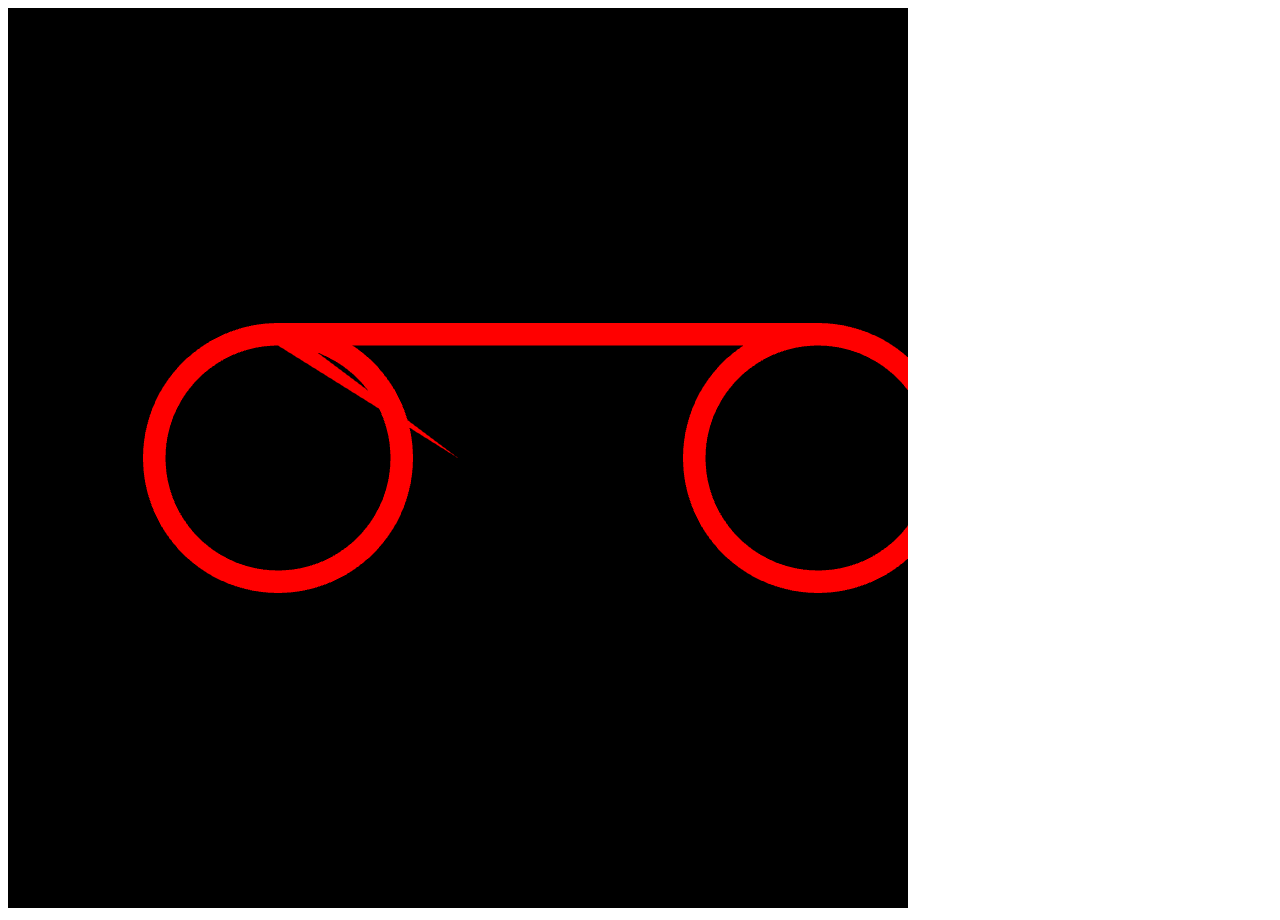
Repository: ChristeZeng/ComputerGraphics
Page: Lab2/Test.html
The author's editor kept a copy of each file at every save. The page is drawn from the files as they stood at one save, then again after the next save.
The browser window is 1280 px wide. The pictures show the whole page.

Above is the page before, as saved 2021-10-02 17:22:33.

After the next save:
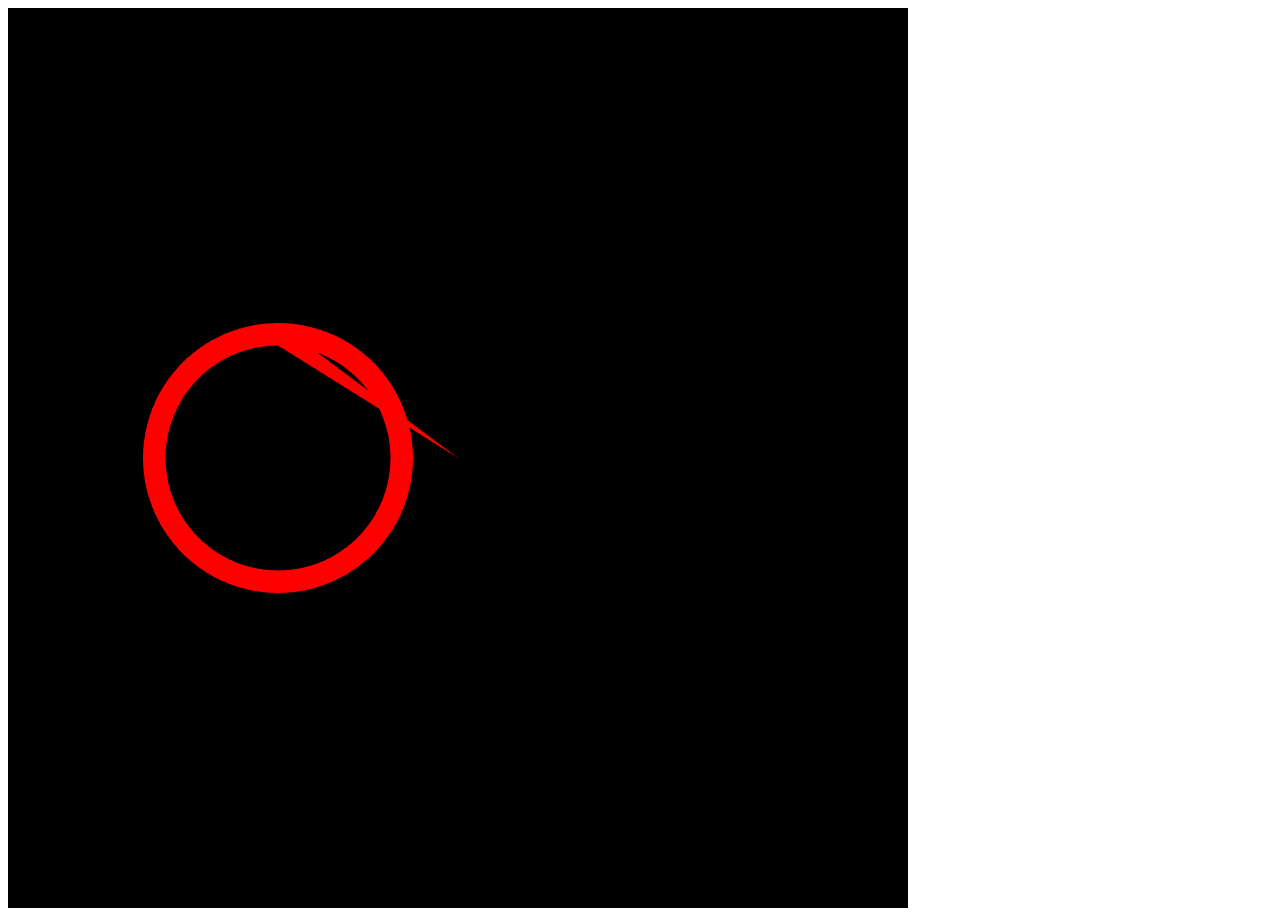
Saved 17 s later.
--- a/Lab2/Test.js
+++ b/Lab2/Test.js
@@ -92,16 +92,16 @@
         vertices.push(x_outter, y_outter);
     }
 
-    for (var i = 0; i <= N; i++)
-    {
-        var theta = i * 2 * Math.PI / N;
-        var x_inner = 0.8 + r_inner * Math.sin(theta);
-        var y_inner = r_inner * Math.cos(theta);
-        var x_outter = 0.8 + r_outter * Math.sin(theta);
-        var y_outter = r_outter * Math.cos(theta);
-        vertices.push(x_inner, y_inner);
-        vertices.push(x_outter, y_outter);
-    }
+    // for (var i = 0; i <= N; i++)
+    // {
+    //     var theta = i * 2 * Math.PI / N;
+    //     var x_inner = 0.8 + r_inner * Math.sin(theta);
+    //     var y_inner = r_inner * Math.cos(theta);
+    //     var x_outter = 0.8 + r_outter * Math.sin(theta);
+    //     var y_outter = r_outter * Math.cos(theta);
+    //     vertices.push(x_inner, y_inner);
+    //     vertices.push(x_outter, y_outter);
+    // }
 
     //创建缓冲区对象
     const positionBuffer = gl.createBuffer();
